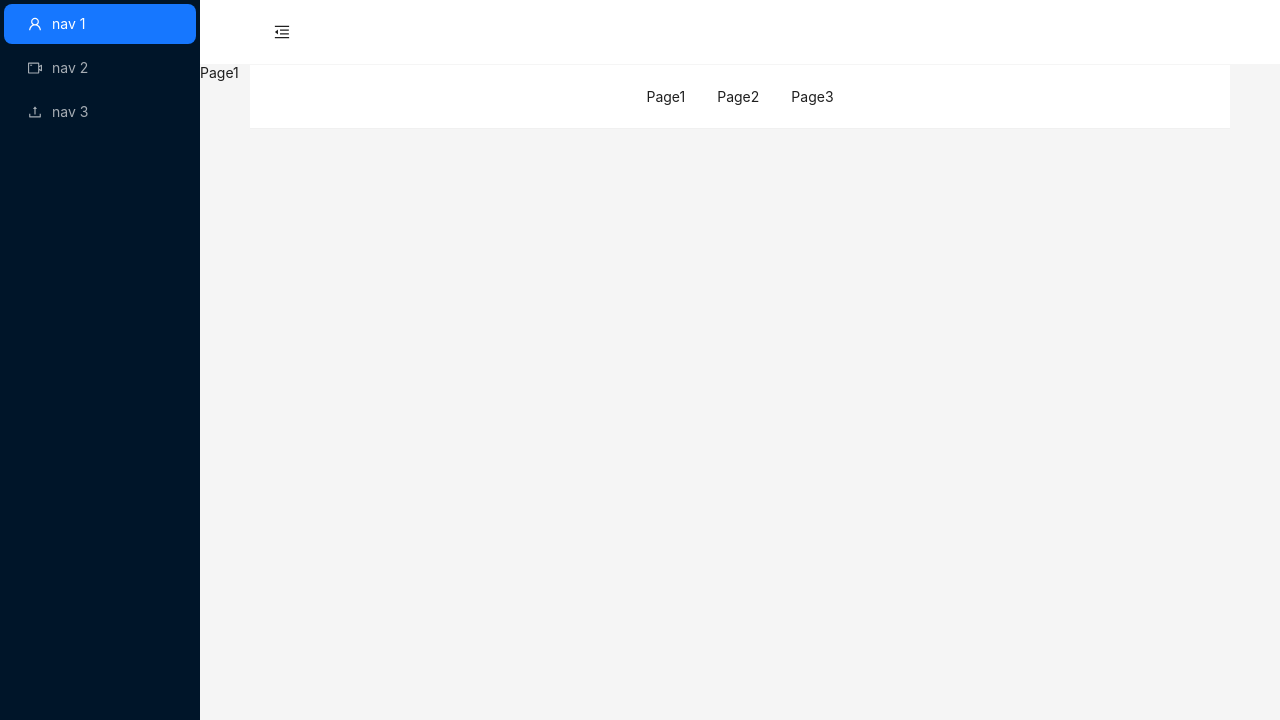
Repository: BESTETURKMEN/e-commerce
Page: /
These files come from the project's save history. The page is drawn as it stood at one moment and after the next save; the edit follows.
The browser window is 1280 px wide. The pictures show the whole page.
The project was rebuilt for these pictures with package versions that can differ from the ones it lists, and the page was loaded fresh each time. Also part of the build but not shown: webpack.config.js, src/pages/page2.jsx, src/pages/page3.jsx.

Above is the page before, as saved 2023-08-21 10:32:25.

### public/index.html
<!DOCTYPE html>
<html lang="en">
  <head>
    <meta charset="utf-8" />

    <meta name="viewport" content="width=device-width, initial-scale=1" />
    <meta name="theme-color" content="#000000" />
    <meta
      name="description"
      content="Web site created using create-react-app"
    />
    <link rel="apple-touch-icn" href="" />

    <title>React App</title>
  </head>
  <body>
    <noscript>You need to enable JavaScript to run this app.</noscript>
    <div id="root"></div>
  </body>
</html>

### src/index.js
import React from "react";
import ReactDOM from "react-dom/client";

import { HashRouter } from "react-router-dom";

import reportWebVitals from "./reportWebVitals";
import RouteWrapper from "./config/routeWrapper";

const root = ReactDOM.createRoot(document.getElementById("root"));
root.render(
  <React.StrictMode>
    <HashRouter>
      <RouteWrapper />
    </HashRouter>
  </React.StrictMode>
);

// If you want to start measuring performance in your app, pass a function
// to log results (for example: reportWebVitals(console.log))
// or send to an analytics endpoint. Learn more: https://bit.ly/CRA-vitals
reportWebVitals();

### src/config/routeWrapper.jsx
import React from "react";
import { Route, Routes } from "react-router";

import Index from "../layout";
import Page1 from "../pages/page1";
import Page2 from "../pages/page2";
import Page3 from "../pages/page3";

export default function RouteWrapper() {
  return (
    <div>
      <Routes>
        <Route element={<Index />}>
          <Route path="/" element={<Page1 />} />
          <Route path="/Page2" element={<Page2 />} />
          <Route path="/Page3" element={<Page3 />} />
        </Route>
      </Routes>
    </div>
  );
}

### src/layout/index.jsx
import React from "react";
import { Outlet } from "react-router";
import { Layout } from "antd";

import Header from "./header";

import "./layout.scss";
import Sider from "./sider";

export default function Index() {
  return (
    <div className="layout">
      <Layout>
        <Layout.Sider>
          <Sider />
        </Layout.Sider>
        <Layout>
          <Layout.Header>
            <Header />
          </Layout.Header>
          <Layout.Content className="content">
            <Outlet />
          </Layout.Content>
        </Layout>
      </Layout>
    </div>
  );
}

### src/pages/page1.jsx
import React from "react";

export default function Page1() {
  return <div>Page1</div>;
}

### src/layout/header.jsx
import { Button, Menu } from "antd";
import React, { useState } from "react";
import { Link } from "react-router-dom";
import "./layout.scss";
import { MenuFoldOutlined, MenuUnfoldOutlined } from "@ant-design/icons";
export default function Header() {
  const [collapsed, setCollapsed] = useState(false);
  const menu = [
    {
      key: "1",
      label: "Page1",
      path: "/",
    },
    {
      key: "2",
      label: "Page2",
      path: "/Page2",
    },
    {
      key: "3",
      label: "Page3",
      path: "/Page3",
    },
  ];
  return (
    <div className="header">
      <Button
        type="text"
        icon={collapsed ? <MenuUnfoldOutlined /> : <MenuFoldOutlined />}
        onClick={() => setCollapsed(!collapsed)}
        style={{
          fontSize: "16px",
          width: 64,
          height: 64,
        }}
      />
      <div className="menuLine">
        <Menu mode="horizontal">
          {menu.map((item) => (
            <Menu.Item key={item.key}>
              <Link to={item.path}>{item.label}</Link>
            </Menu.Item>
          ))}
        </Menu>
      </div>
    </div>
  );
}

### src/layout/layout.scss
* {
  margin: 0;
  padding: 0;
  box-sizing: border-box;
}

.layout {
  .ant-layout {
    height: 100vh;
    .ant-layout-header {
      background-color: rgb(255, 255, 255) !important;
      .ant-btn {
        padding: 10px !important;
      }
      .menuLine {
        .ant-menu {
          display: flex;
          align-items: center;
          justify-content: center;
        }
      }
    }
  }
}

### src/layout/sider.jsx
import { Menu } from "antd";
import React from "react";
import {
  UploadOutlined,
  UserOutlined,
  VideoCameraOutlined,
} from "@ant-design/icons";

export default function Sider() {
  return (
    <div className="sider">
      <div className="demo-logo-vertical" />
      <Menu
        theme="dark"
        mode="inline"
        defaultSelectedKeys={["1"]}
        items={[
          {
            key: "1",
            icon: <UserOutlined />,
            label: "nav 1",
          },
          {
            key: "2",
            icon: <VideoCameraOutlined />,
            label: "nav 2",
          },
          {
            key: "3",
            icon: <UploadOutlined />,
            label: "nav 3",
          },
        ]}
      />
    </div>
  );
}

Loaded but not shown: src/reportWebVitals.js (common file)

After the next save:
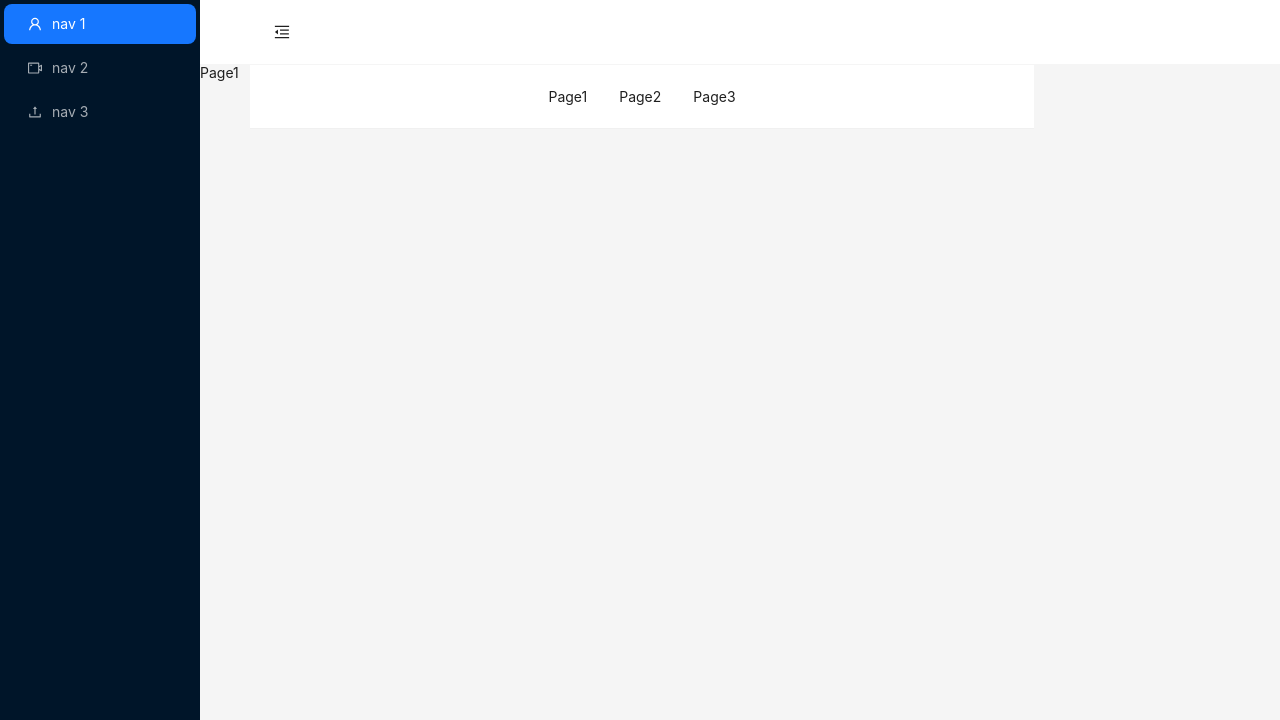
Saved 105 s later.
--- a/src/layout/layout.scss
+++ b/src/layout/layout.scss
@@ -11,8 +11,10 @@
       background-color: rgb(255, 255, 255) !important;
       .ant-btn {
         padding: 10px !important;
+        width: 20%;
       }
       .menuLine {
+        width: 80%;
         .ant-menu {
           display: flex;
           align-items: center;

After the 2 saves that followed:
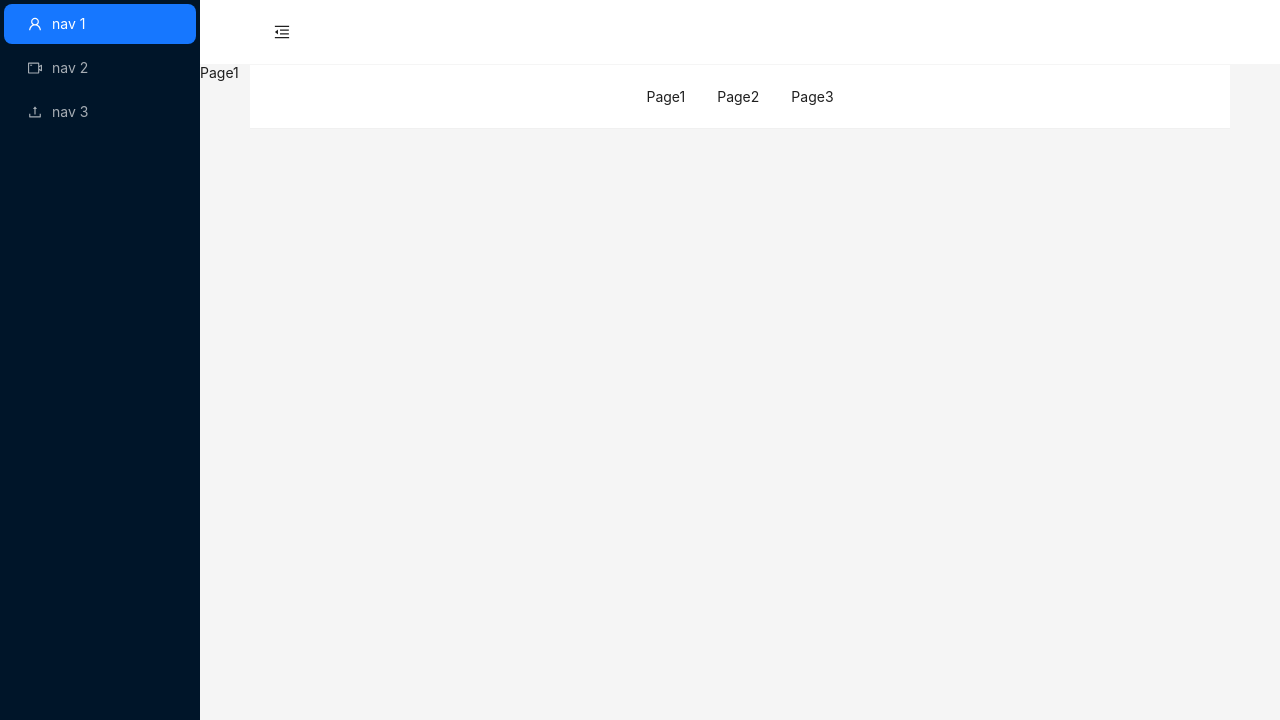
The 2 saves are shown as one change because they came seconds apart.
The last was saved 11 s later.
--- a/src/layout/layout.scss
+++ b/src/layout/layout.scss
@@ -11,10 +11,8 @@
       background-color: rgb(255, 255, 255) !important;
       .ant-btn {
         padding: 10px !important;
-        width: 20%;
       }
       .menuLine {
-        width: 80%;
         .ant-menu {
           display: flex;
           align-items: center;
